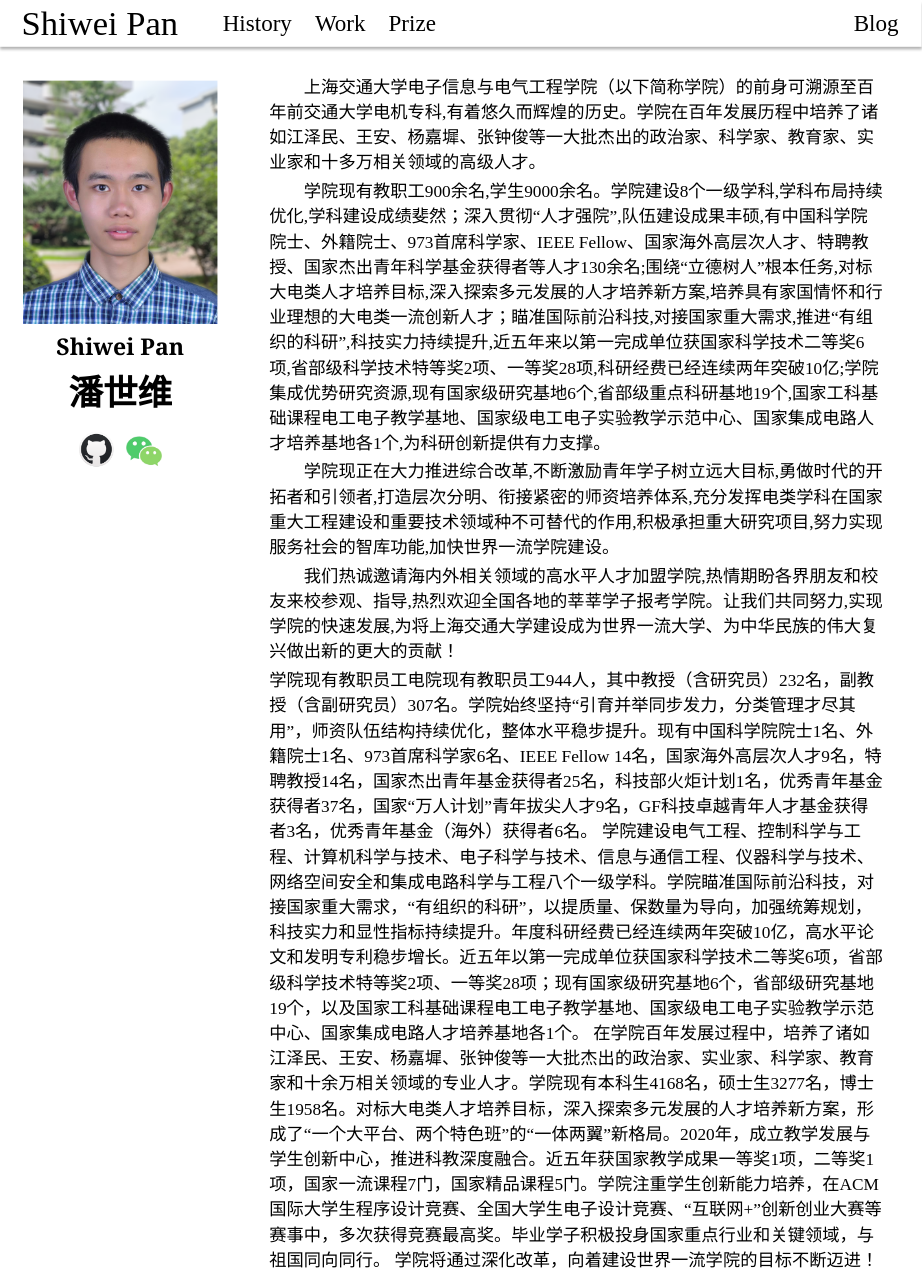
Repository: erikpsw/web
Page: new/psw.html
An editor plug-in stored every save of this project. The page is shown before and after the next save, followed by the edit.
The browser window is 1280 px wide. The pictures show the whole page, at 72% of full size.

Above is the page before, as saved 2022-06-17 09:16:39.

After the next save:
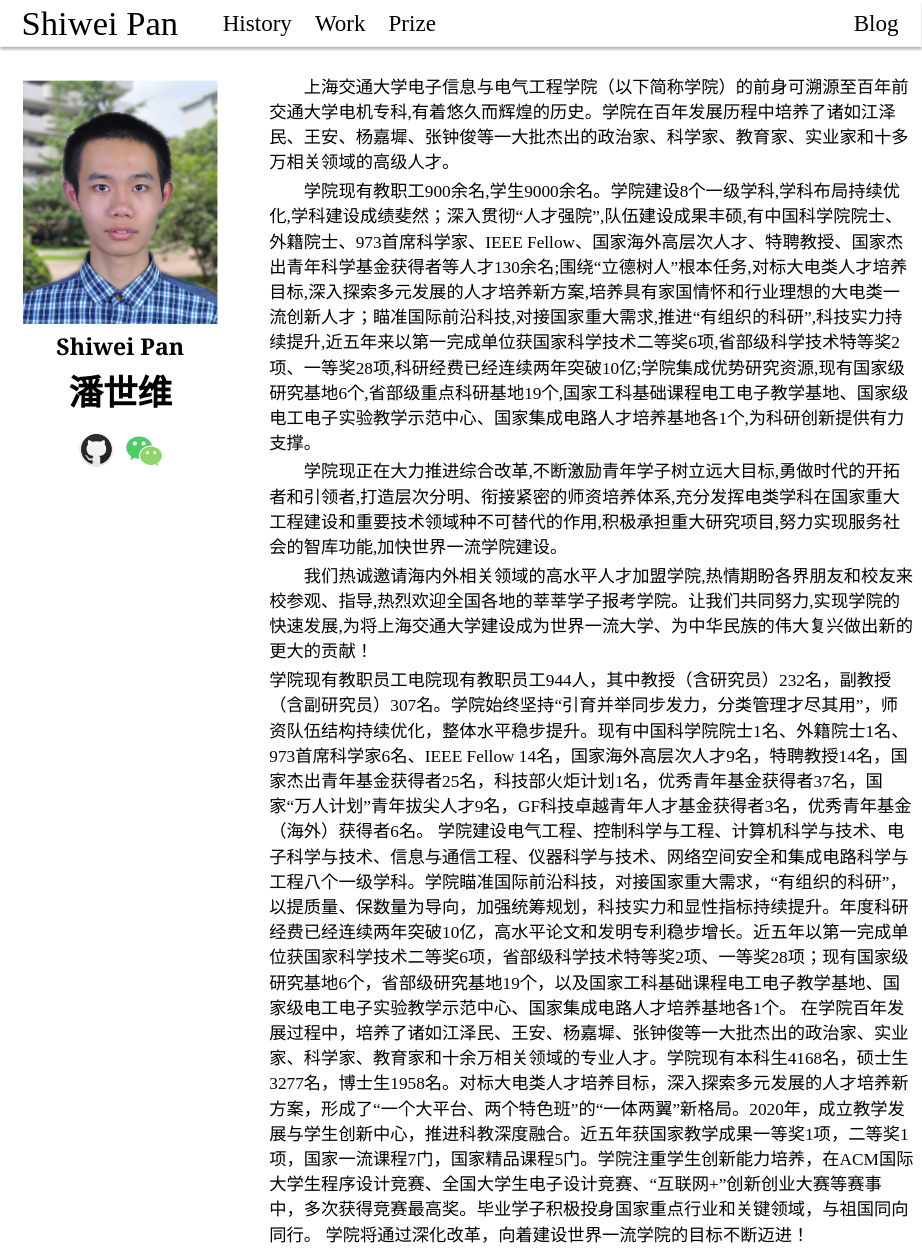
Saved 13 min 7 s later.
--- a/new/styles.css
+++ b/new/styles.css
@@ -82,7 +82,7 @@
 #intro{
     box-sizing: border-box;
     float: left;
-    width: 66.66666667%;
+    width: 70%;
     margin-top: 2em;
     margin-left: 3em;
     font-size: 1.5em;
